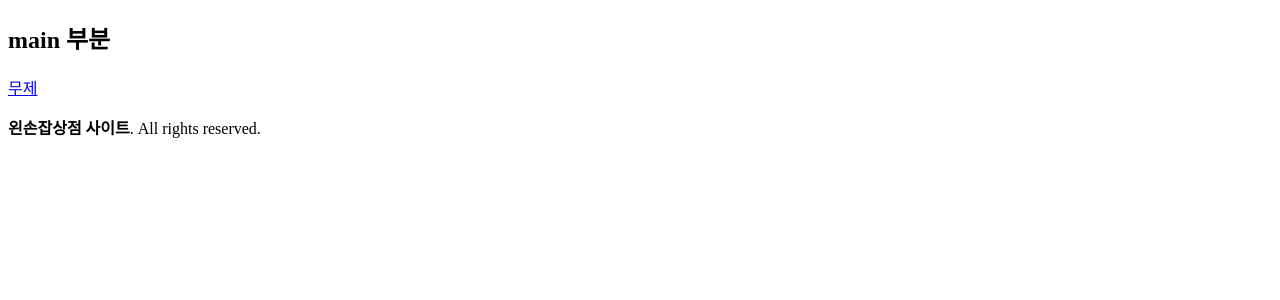
Repository: GroundPark/team6
Page: http://localhost/lefthand/index.jsp
The author's editor kept a copy of each file at every save. The page is drawn from the files as they stood at one save, then again after the next save.
The browser window is 1280 px wide. The pictures show the whole page.
The page is served by Tomcat 9. Nobody is signed in. The application's start-up code is not run. Other server files are loaded and not shown.

Above is the page before, as saved 2021-11-13 13:29:19.

### lefthand/WebContent/index.jsp
<%@ page language="java" contentType="text/html; charset=UTF-8" pageEncoding="UTF-8"%>
<%@include file ="include/header.jsp" %>
<section id="content">
    <h2>main 부분</h2>
</section>
 <a href="*">무제</a>
<%@include file ="include/footer.jsp" %>

### lefthand/WebContent/include/header.jsp
<%@ page language="java" contentType="text/html; charset=UTF-8" pageEncoding="UTF-8"%>
<!DOCTYPE html>
<html>
<head>
<link rel="stylesheet" href="/css/teststyle.css">
<meta charset="UTF-8">
<title>탭 이름</title>
</head>
<body>

### lefthand/WebContent/include/footer.jsp
<%@ page language="java" contentType="text/html; charset=UTF-8" pageEncoding="UTF-8"%>
<footer style="background: e8e8e8">
    <p><strong>왼손잡상점 사이트</strong>. All rights reserved.</p>
</footer>
</body>
</html>

Loaded but not shown: lefthand/WebContent/css/teststyle.css (common file)

After the next save:
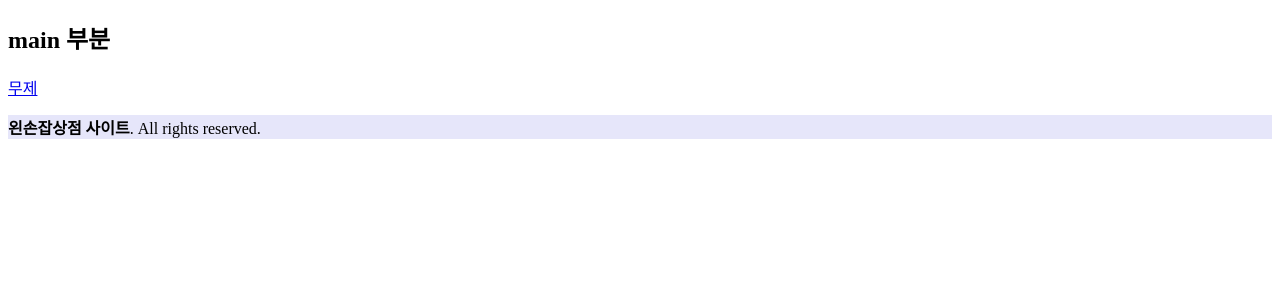
Saved 43 s later.
--- a/lefthand/WebContent/include/footer.jsp
+++ b/lefthand/WebContent/include/footer.jsp
@@ -1,5 +1,5 @@
 <%@ page language="java" contentType="text/html; charset=UTF-8" pageEncoding="UTF-8"%>
-<footer style="background: e8e8e8">
+<footer style="background:#e6e6fa">
     <p><strong>왼손잡상점 사이트</strong>. All rights reserved.</p>
 </footer>
 </body>

After the save that followed:
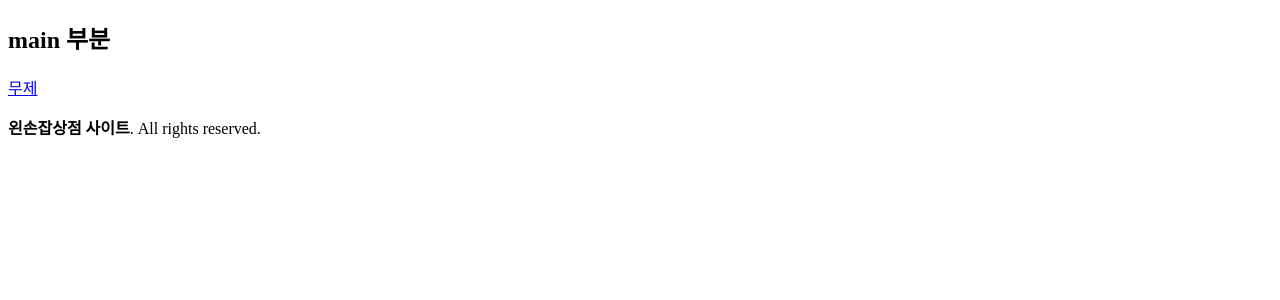
Saved 2 min 15 s later.
--- a/lefthand/WebContent/include/footer.jsp
+++ b/lefthand/WebContent/include/footer.jsp
@@ -1,6 +1,8 @@
 <%@ page language="java" contentType="text/html; charset=UTF-8" pageEncoding="UTF-8"%>
-<footer style="background:#e6e6fa">
-    <p><strong>왼손잡상점 사이트</strong>. All rights reserved.</p>
+<footer>
+	<div>
+	<p><strong>왼손잡상점 사이트</strong>. All rights reserved.</p>
+	</div>
 </footer>
 </body>
 </html>
